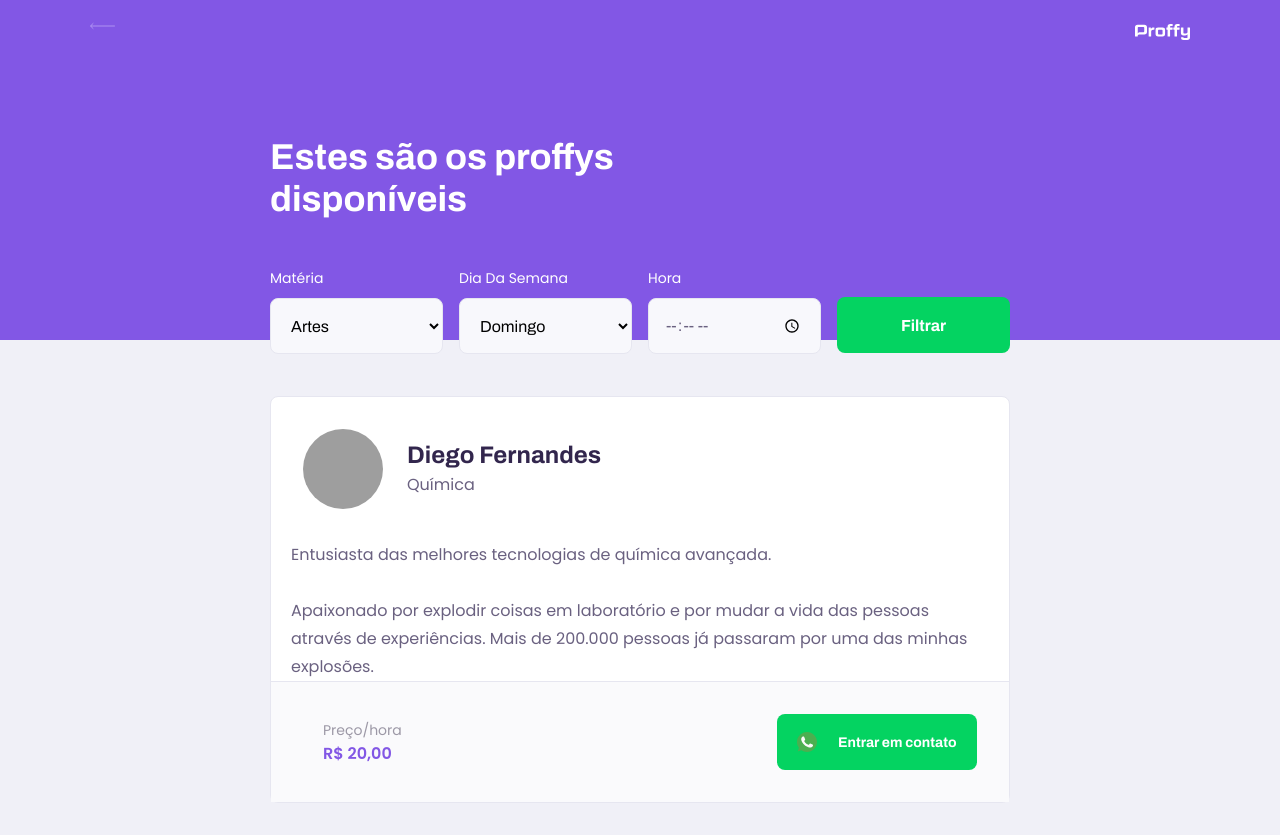
Repository: LukeVersus/NLW
Page: study.html
An editor plug-in stored every save of this project. The page is shown before and after the next save, followed by the edit.
The browser window is 1280 px wide. The pictures show the whole page.
Pictures or frames that could not be fetched are drawn as grey boxes.

Above is the page before, as saved 2020-08-05 01:19:55.

After the next save:
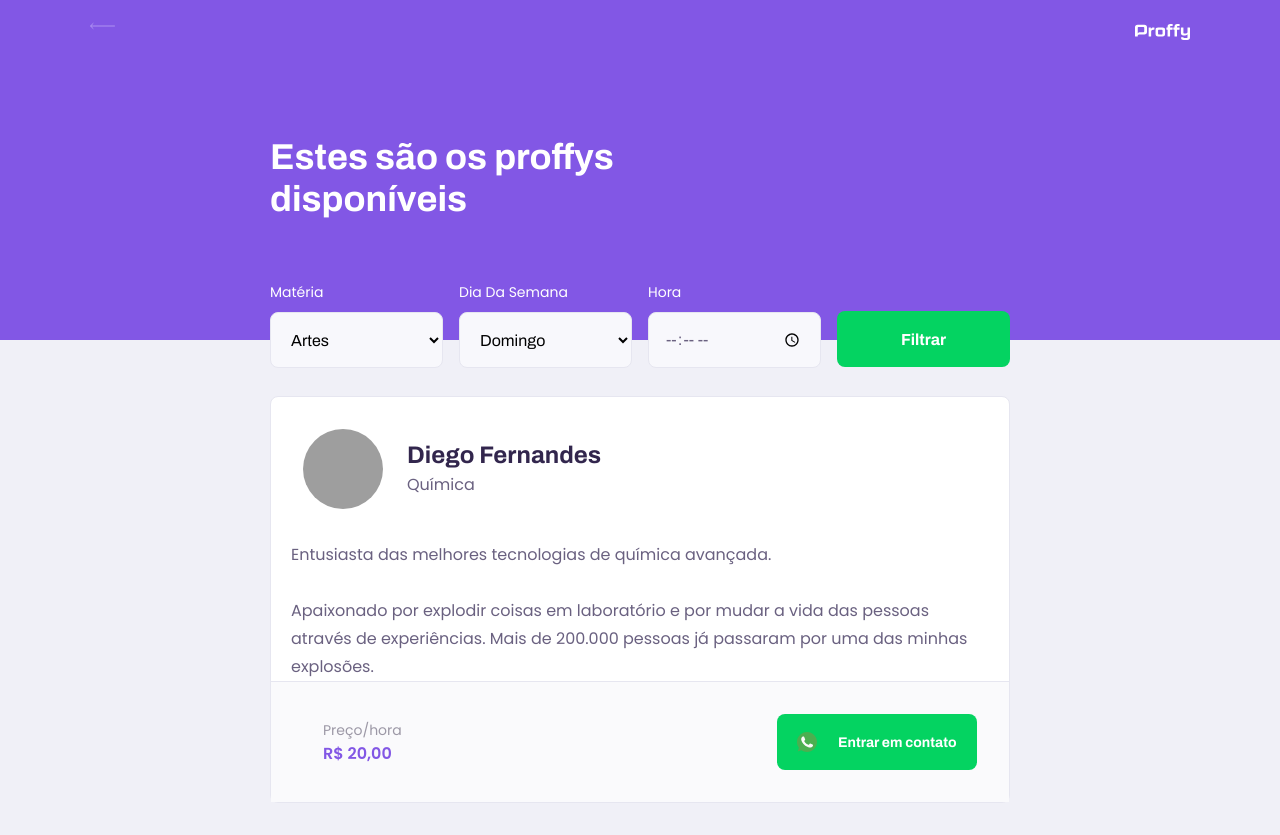
Saved 26 s later.
--- a/styles/partials/page-study.css
+++ b/styles/partials/page-study.css
@@ -243,4 +243,8 @@
         max-width: 740px;
         margin: 0 auto;
     }
-}
+
+    #search-teachers .select-block{
+        margin-bottom: 0;
+    }
+}
